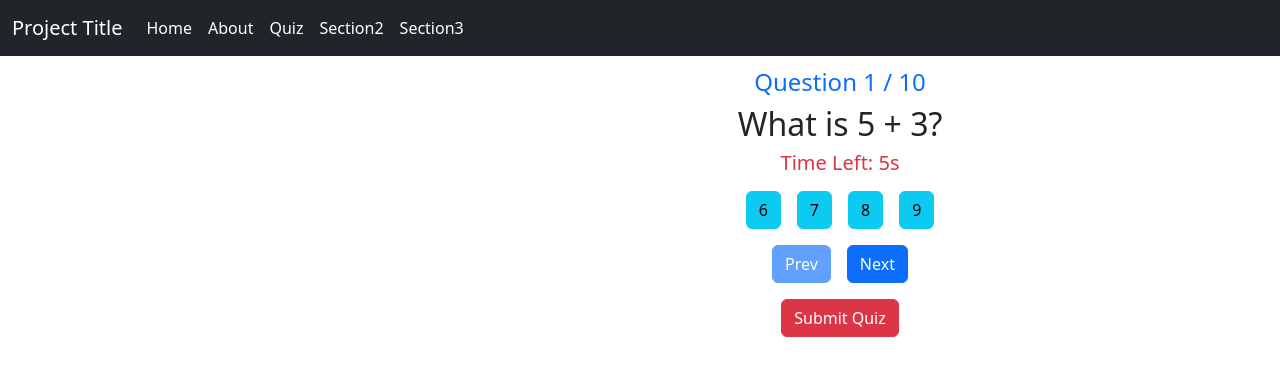
Repository: rahul-chakradhari/devquest
Page: /quiz (app in project/)
These files come from the project's save history. The page is drawn as it stood at one moment and after the next save; the edit follows.
The browser window is 1280 px wide. The pictures show the whole page.
The project was rebuilt for these pictures with package versions that can differ from the ones it lists, and the page was loaded fresh each time. Also part of the build but not shown: project/vite.config.js, project/src/components/Home.jsx, project/src/components/About.jsx, project/src/components/Section2.jsx, project/src/components/Section3.jsx, project/src/index.css.

Above is the page before, as saved 2025-02-23 13:53:47.

After the next save:
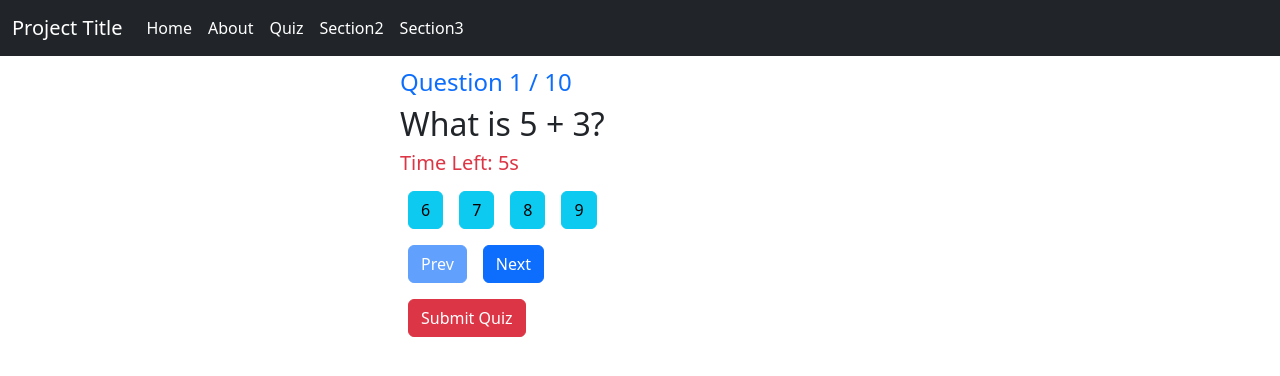
Saved 12 s later.
--- a/project/src/components/Quiz.jsx
+++ b/project/src/components/Quiz.jsx
@@ -103,7 +103,7 @@ const Quiz = ({ onSubmit }) => {
   };
 
   return (
-    <div className="quiz-container text-center">
+    <div className="quiz-container ">
       {score === null ? (
         <>
           {/* Question Number Display */}
